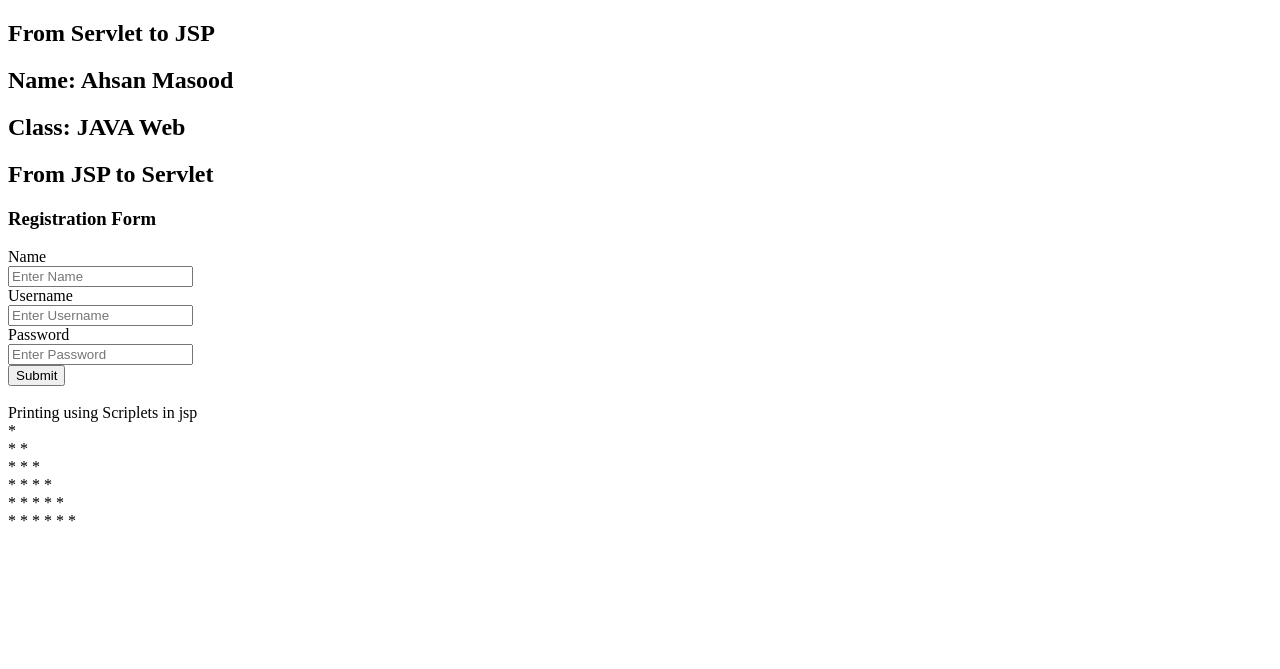
Repository: Ahsan-Masood98/Java-Web-Eng
Page: http://localhost/week2lab/helloworld
The author's editor kept a copy of each file at every save. The page is drawn from the files as they stood at one save, then again after the next save.
The browser window is 1280 px wide. The pictures show the whole page.
The page is served by Tomcat 9.

Above is the page before, as saved 2022-09-21 13:27:51.

### eclipse-workplace/week2lab/src/main/webapp/index.jsp
<%@ page language="java" contentType="text/html; charset=ISO-8859-1" pageEncoding="ISO-8859-1"%>
<!DOCTYPE html>
<html>
<head>
<meta charset="ISO-8859-1">
<title>Week 2 Lab</title>
</head>
<body>
	<h2>From Servlet to JSP</h2>
	<h2>Name: ${name}</h2>
	<h2>Class: ${course}</h2>
	<h2>From JSP to Servlet</h2>
	<h3>Registration Form</h3>
	<form action="helloworld" method ="post">
	<label>Name</label><br/>
	<input type=text name="name" placeholder="Enter Name"/><br/>
	<label>Username</label><br/>
	<input type=text name="username" placeholder="Enter Username"/><br/>
	<label>Password</label><br/>
	<input type=password name="password" placeholder="Enter Password"/><br/>
	<button type="submit">Submit</button>
	</form>
	<br>
	<% out.print("Printing using Scriplets in jsp"); %>
	<br>
	<%
		int row=6;
		for(int i=0; i< row; i++){
			for(int k=0; k<=i; k++)
				out.println("* ");
			out.print("<br/>");
		}
	%>

</body>
</html>

### eclipse-workplace/week2lab/src/main/java/com/ahsan/helloworld.java
package com.ahsan;

import java.io.IOException;
import java.io.PrintWriter;

import javax.servlet.RequestDispatcher;
import javax.servlet.ServletException;
import javax.servlet.annotation.WebServlet;
import javax.servlet.http.HttpServlet;
import javax.servlet.http.HttpServletRequest;
import javax.servlet.http.HttpServletResponse;

/**
 * Servlet implementation class helloworld
 */
@WebServlet("/helloworld")
public class helloworld extends HttpServlet {
	private static final long serialVersionUID = 1L;

    /**
     * Default constructor.
     */
    public helloworld() {
        // TODO Auto-generated constructor stub
    }

	/**
	 * @see HttpServlet#doGet(HttpServletRequest request, HttpServletResponse response)
	 */
	protected void doGet(HttpServletRequest request, HttpServletResponse response) throws ServletException, IOException {
		// TODO Auto-generated method stub
		response.getWriter().append("Served at: ").append(request.getContextPath());

		String destination ="index.jsp";
		RequestDispatcher requestDispatcher = request.getRequestDispatcher(destination);
		String name = "Ahsan Masood";
		request.setAttribute("name", name);
		String course = "JAVA Web";
		request.setAttribute("course", course);
		requestDispatcher.forward(request, response);
		// or request.getRequestDispatcher("index.js").forward(request, response);
	}

	/**
	 * @see HttpServlet#doPost(HttpServletRequest request, HttpServletResponse response)
	 */
	protected void doPost(HttpServletRequest request, HttpServletResponse response) throws ServletException, IOException {
		// TODO Auto-generated method stub
		doGet(request, response);
		response.setContentType("Text/HTML");
		String name = request.getParameter("name");
		String username = request.getParameter("username");
		String password = request.getParameter("password");
		PrintWriter out = response.getWriter();
		out.println("<h1> Name: " + name + "</h1> <br/> <h1> Username: " + username + "</h1> <br/>");
	}

}

After the next save:
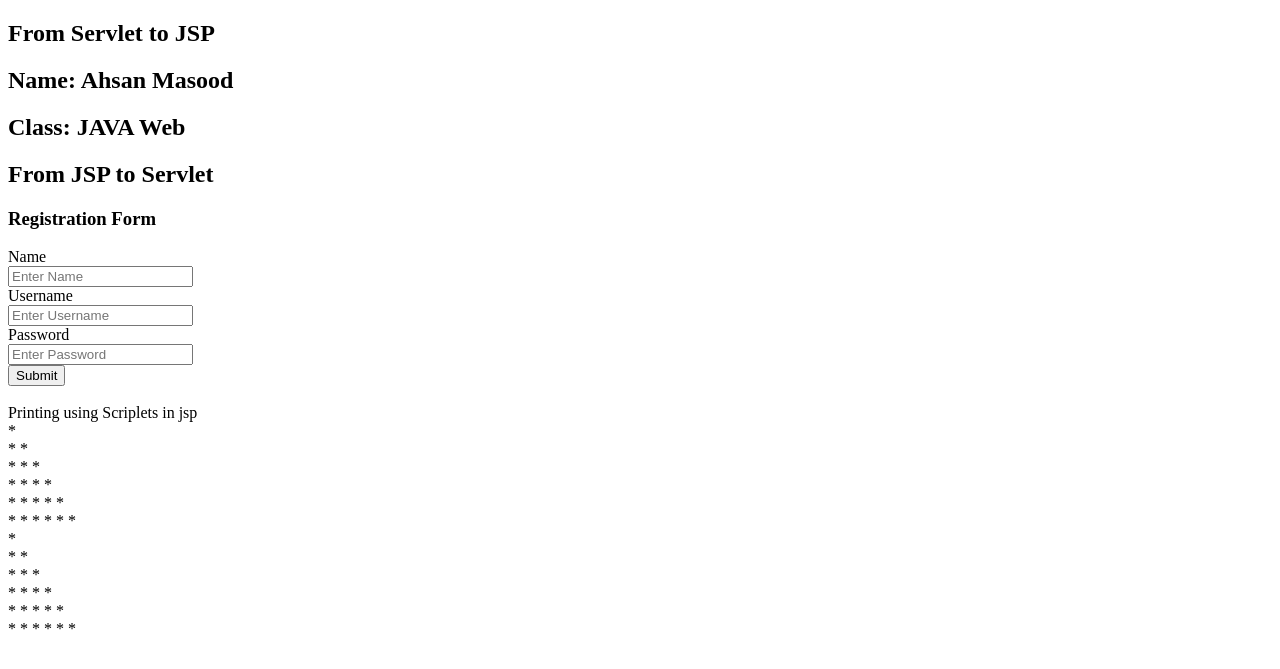
Saved 97 s later.
--- a/eclipse-workplace/week2lab/src/main/webapp/index.jsp
+++ b/eclipse-workplace/week2lab/src/main/webapp/index.jsp
@@ -30,6 +30,13 @@
 				out.println("* ");
 			out.print("<br/>");
 		}
+		for(int i=0; i< row; i++){
+			for(int j=2*(row-i); j>=0; j--)
+				out.println(" ");
+			for(int k=0; k<=i; k++)
+				out.println("* ");
+			out.print("<br/>");
+		}
 	%>
 
 </body>
